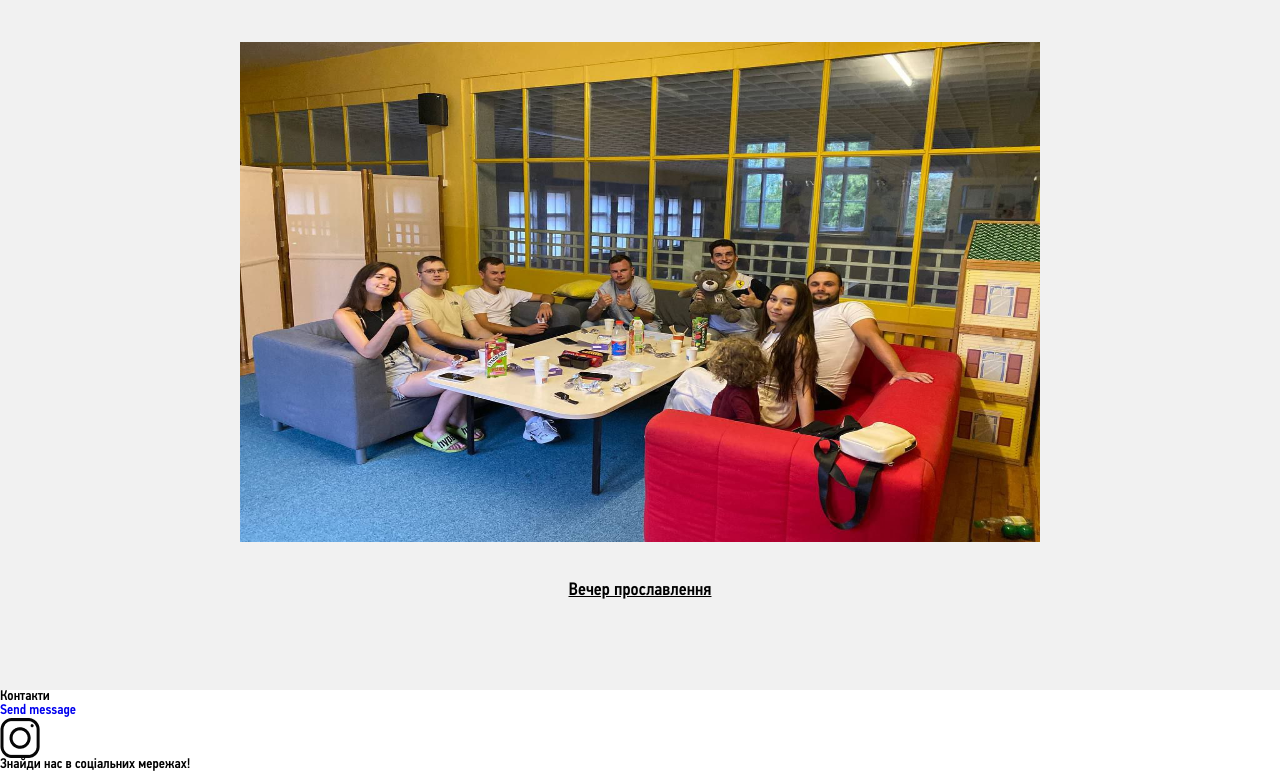
Repository: Bohdan-Sandovenko/youth-project
Page: index.html
An editor plug-in stored every save of this project. The page is shown before and after the next save, followed by the edit.
The browser window is 1280 px wide. The pictures show the part of the page from y = 2536 to 3488 px (the page is 3308 px tall before and 3488 px after).
Some web fonts or font styles are not loaded; a fallback is used. The style sheet was rebuilt from its Sass, Less or Tailwind sources for each picture, by a compiler version that may differ from the author's.

Above is the page before, as saved 2024-09-23 20:13:49.

### index.html
<!DOCTYPE html>
<html lang="en">
<head>
    <meta charset="UTF-8">
    <meta name="viewport" content="width=device-width, initial-scale=1.0">
    <title>Pharos - Christian youth</title>
    <link rel="stylesheet" href="css/style.css">
    <link rel="stylesheet" href="css/media.css">
</head>
<body>
    <header class="header">
        <div class="container">
            <!--Header nav-->
            <div class="header-nav">
                <a href="#!" class="logo">Pharos</a>
                <nav class="nav">
                    <ul class="nav-list">
                        <li class="nav-item"><a href="" class="nav-link">Главная</a></li>
                        <li class="nav-item"><a href="" class="nav-link">О Нас</a></li>
                        <li class="nav-item"><a href="" class="nav-link">Фотогалерея</a></li>
                        <li class="nav-item"><a href="" class="nav-link">Контакты</a></li>
                    </ul>
                </nav>
            </div>
            <!--header content-->
            <div class="header-row">
                <div class="header-content">
                    <h1 class="header-heading">Молодіжка в Ґданську</h1>
                    <p>Щосуботи о 19:00 Generała Henryka Dąbrowskiego 11</p>
                </div>
                <div class="header-img">
                    <img src="./img/cross-chrisitian.png" alt="">
                </div>
            </div>
        </div>
    </header>
    <section class="services">
        <div class="container">
            <div class="services-row">
                <div class="service-card">
                    <img class='service-card-img'src="./img/icons/bible.png" alt="">
                    <h3 class="service-card-title">Проповіді</h3>
                </div>

                <div class="service-card">
                    <img class='service-card-img' src="./img/icons/sing-song.png" alt="">
                    <h3 class="service-card-title">Прославлення</h3>
                </div>

                <div class="service-card">
                    <img class='service-card-img' src="./img/icons/active-games.png" alt="">
                    <h3 class="service-card-title">Вільний час</h3>
                </div>
            </div>
        </div>
    </section>
    <section class="images">
        <div class="container">
            <div class="images-title">
                <h2 class="title-1">Чим ми займаємося?</h2>
            </div>
            <div class="images-about-us">
                <img src="img/sermons.jpg" alt="" class="about-image">
                <h3 class="worhip-title"><a href="#!">Вечер прославлення</a></h3>
            </div>

            <div class="images-about-us">
                <img src="img/worship.JPG" alt="" class="about-image">
                <h3 class="worhip-title"><a href="#!">Вечер прославлення</a></h3>
            </div>

            <div class="images-about-us">
                <img src="img/young-conversation.jpg" alt="" class="about-image">
                <h3 class="worhip-title"><a href="#!">Вечер прославлення</a></h3>
            </div>
        </div>
    </section>
    <footer class="contacts">
        <div class="container">
            <div class="contacts-title">
                <h2 class="title-1">Контакти</h2>
            </div>
            <div class="contacts-button">
                <a href="#!" class="btn">Send message</a>
            </div>
            <div class="contacts-social">
                <a href=""><img src="./img/instagram.png" alt="Instagram"></a>
            </div>
            <div class="contacts-footer">
                Знайди нас в соціальних мережах!
            </div>
        </div>
    </footer>
    <script src="./js/main.js"></script>
</body>
</html>

### css/style.scss
@import "nullstyles.scss";

@font-face {
    font-family: 'Poppins';
    src: url('../fonts/Poppins/PFDinTextCondPro-Medium.woff2') format('woff2');
    font-weight: 900;
    font-style: bold;
    font-display: swap;
}

@font-face {
    font-family: 'Permanent Marker';
    src: url('../fonts/Permanent/PermanentMarker-Regular.woff2') format('woff2');
    font-weight: normal;
    font-style: normal;
    font-display: swap;
}

body {
    color: black;
    font-family: 'Poppins', sans-serif;

    .header {
        padding: 46px 0px 0px 0px;
        background-color: #F1F1F1;

        .container {
            max-width: 1230px;
            padding: 0 30px;
            margin: 0 auto;

            .header-nav {
                display: flex;
                justify-content: space-between;
                align-items: flex-end;
                margin-bottom: 76px;

                .logo {
                    font-family: 'Permanent Marker';
                    font-weight: 700;
                    font-size: 40px;
                    color: black;
                }

                .nav-list {
                    display: flex;
                    column-gap: 50px; //оступы между элементами
                    font-size: 14px;

                    .nav-item {
                        .nav-link {
                            color: black;

                            &:hover {
                                color: #606060;
                            }
                        }
                    }
                }
            }

            .header-row {
                display: flex;
                justify-content: space-between;
                column-gap: 30px;

                .header-content {
                    max-width: 500px;
                    align-self: center;

                    .header-heading {
                        font-weight: 600;
                        margin-bottom: 20px;
                        font-size: 44px;
                    }

                    p {
                        line-height: 2;
                    }
                }
            }
        }
    }

    //Service
    .services {
        padding: 90px 0px;

        .container {
            display: flex;
            justify-content: center;

            .services-row {
                display: flex;
                column-gap: 40px;

                .service-card {


                    .service-card-img {
                        height: 70px;
                        width: 70px;
                        margin-bottom: 30px;
                    }

                    .service-card-title {
                        font-weight: 600;
                        font-size: 24px;
                        margin-bottom: 10px;
                        text-transform: uppercase;
                    }

                    & p {
                        line-height: 2;
                    }
                }
            }
        }
    }
}

//images
.images {
    background-color: #F1F1F1;
    padding: 90px 0px;

    .container {
        .images-title {
            text-align: center;
            margin-bottom: 70px;

            .title-1 {
                font-size: 34px;
                font-weight: 600;
            }
        }

        .images-about-us {
            text-align: center;

            &+.images-about-us {
                margin-top: 90px;
            }

            .about-image {
                height: 500px;
                width: 800px;
                margin-bottom: 40px;
            }

            .worhip-title {
                font-size: 18px;

                & a {
                    color: #000;
                    text-decoration: underline;
                }
            }
        }
    }
}

### css/nullstyles.scss
* {
    padding: 0;
    margin: 0;
    border: 0;
}


*,
*:before,
*:after {
    -webkit-box-sizing: border-box;
    -moz-box-sizing: border-box;
    box-sizing: border-box;
}


:focus,
:active {
    outline: none;
}

a:focus,
a:active {
    outline: none;
}


nav,
footer,
header,
aside {
    display: block;
}


html,
body {
    height: 100%;
    width: 100%;
    font-size: 100%;
    line-height: 1;
    font-size: 14px;
    -ms-text-size-adjust: 100%;
    -moz-text-size-adjust: 100%;
    -webkit-text-size-adjust: 100%;
}


input,
button,
textarea {
    font-family: inherit;
}


input::-ms-clear {
    display: none;
}

button {
    cursor: pointer;
}

button::-moz-focus-inner {
    padding: 0;
    border: 0;
}

a,
a:visited {
    text-decoration: none;
}

a:hover {
    text-decoration: none;
}

ul li {
    list-style: none;
}

img {
    vertical-align: top;
}

h1,
h2,
h3,
h4,
h5,
h6 {
    font-size: inherit;
    font-weight: 400;
}

Loaded but not shown: js/main.js (no stored copy; drawn as an empty file); css/media.scss (no stored copy; drawn as an empty file)

After the next save:
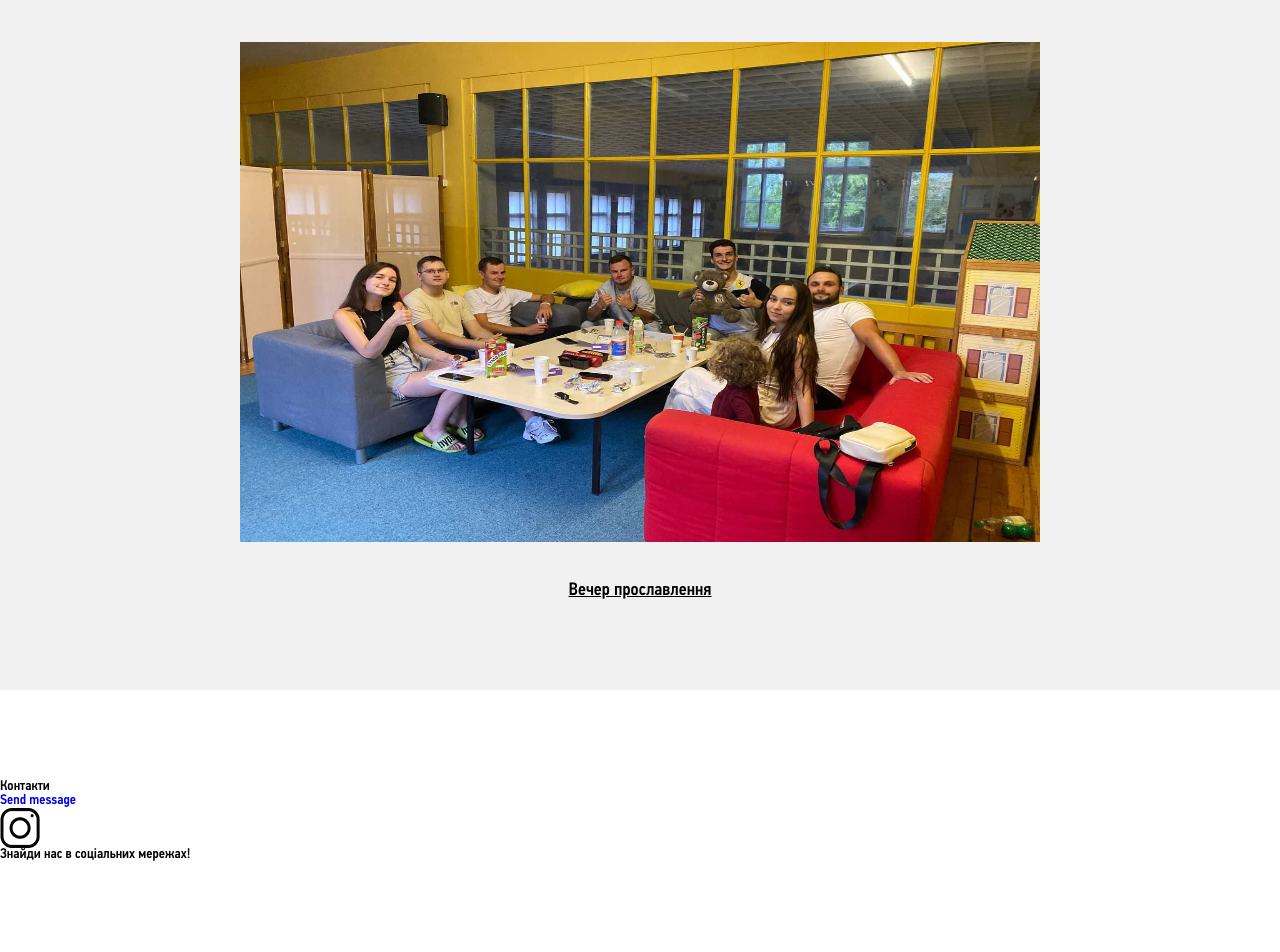
Saved 75 s later.
--- a/css/style.scss
+++ b/css/style.scss
@@ -159,3 +159,7 @@ body {
         }
     }
 }
+
+.contacts {
+    padding: 90px 0px;
+}
